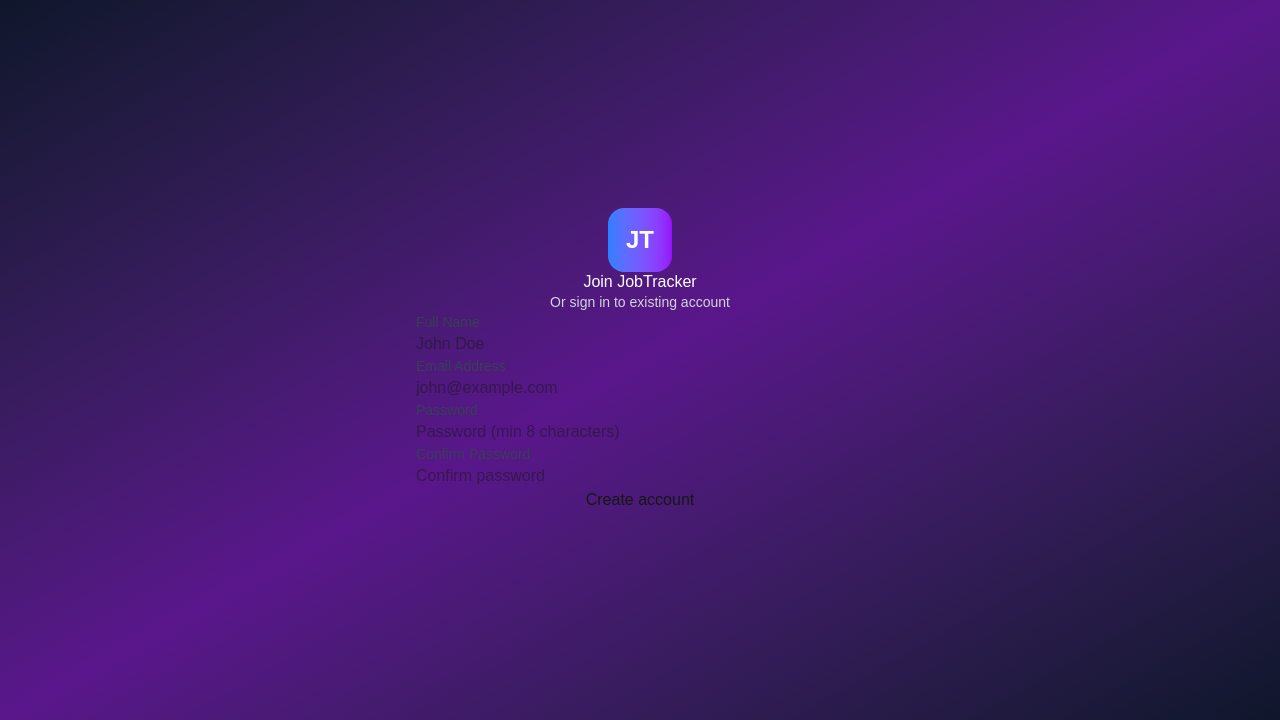
Repository: DiwanMalla/job-tracker
Page: /auth/signup
An editor plug-in stored every save of this project. The page is shown before and after the next save, followed by the edit.
The browser window is 1280 px wide. The pictures show the whole page.
The project was rebuilt for these pictures with package versions that can differ from the ones it lists, and the page was loaded fresh each time. The framework's server and built-in components were replaced by stand-ins that run in the browser. Also part of the build but not shown: next.config.ts.

Above is the page before, as saved 2025-10-07 14:30:29.

After the next save:
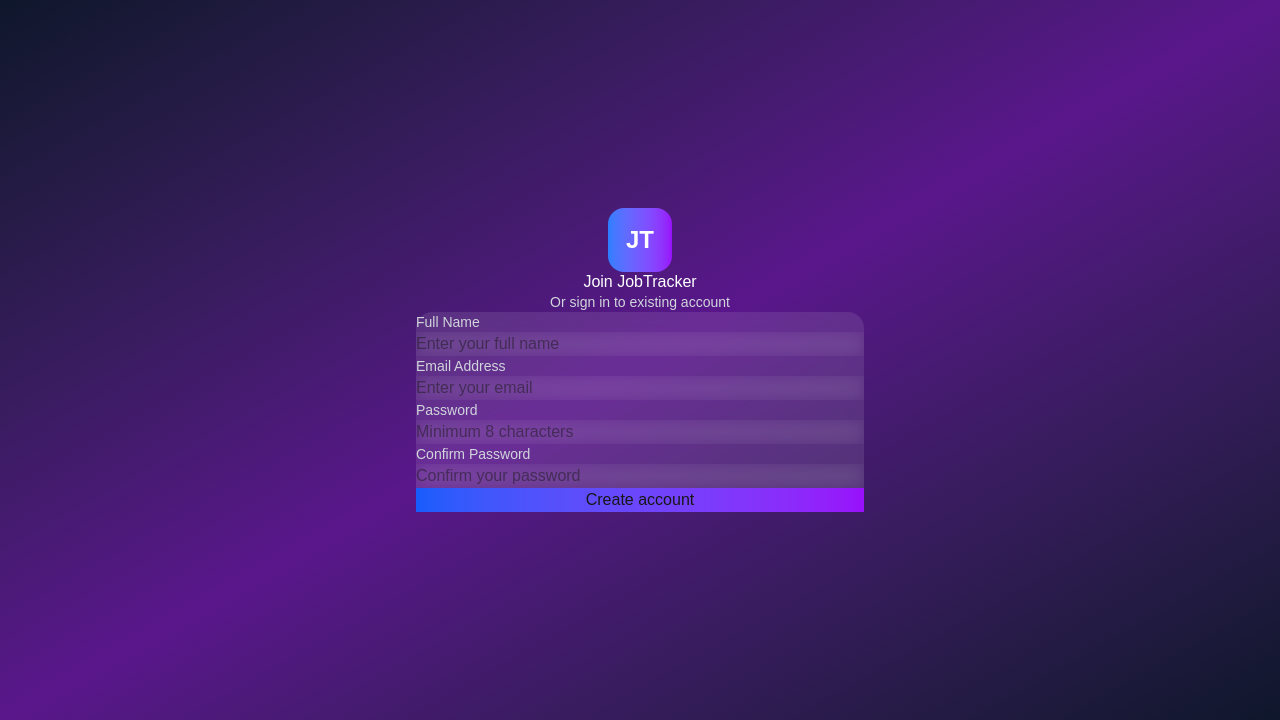
Saved 24 s later.
--- a/src/app/auth/signup/page.tsx
+++ b/src/app/auth/signup/page.tsx
@@ -84,10 +84,10 @@
             </Link>
           </p>
         </div>
-        <form className="mt-8 space-y-6" onSubmit={handleSubmit}>
+        <form className="mt-8 space-y-6 bg-white/10 backdrop-blur-sm rounded-2xl p-8 border border-white/20" onSubmit={handleSubmit}>
           <div className="space-y-4">
             <div>
-              <label htmlFor="name" className="block text-sm font-medium text-gray-700">
+              <label htmlFor="name" className="block text-sm font-medium text-gray-300 mb-2">
                 Full Name
               </label>
               <input
@@ -95,12 +95,12 @@
                 name="name"
                 type="text"
                 required
-                className="mt-1 appearance-none relative block w-full px-3 py-2 border border-gray-300 placeholder-gray-500 text-gray-900 rounded-md focus:outline-none focus:ring-indigo-500 focus:border-indigo-500 focus:z-10 sm:text-sm"
-                placeholder="John Doe"
+                className="appearance-none relative block w-full px-4 py-3 bg-white/5 border border-white/20 placeholder-gray-400 text-white rounded-lg focus:outline-none focus:ring-2 focus:ring-blue-500 focus:border-transparent sm:text-sm backdrop-blur-sm"
+                placeholder="Enter your full name"
               />
             </div>
             <div>
-              <label htmlFor="email" className="block text-sm font-medium text-gray-700">
+              <label htmlFor="email" className="block text-sm font-medium text-gray-300 mb-2">
                 Email Address
               </label>
               <input
@@ -108,12 +108,12 @@
                 name="email"
                 type="email"
                 required
-                className="mt-1 appearance-none relative block w-full px-3 py-2 border border-gray-300 placeholder-gray-500 text-gray-900 rounded-md focus:outline-none focus:ring-indigo-500 focus:border-indigo-500 focus:z-10 sm:text-sm"
-                placeholder="john@example.com"
+                className="appearance-none relative block w-full px-4 py-3 bg-white/5 border border-white/20 placeholder-gray-400 text-white rounded-lg focus:outline-none focus:ring-2 focus:ring-blue-500 focus:border-transparent sm:text-sm backdrop-blur-sm"
+                placeholder="Enter your email"
               />
             </div>
             <div>
-              <label htmlFor="password" className="block text-sm font-medium text-gray-700">
+              <label htmlFor="password" className="block text-sm font-medium text-gray-300 mb-2">
                 Password
               </label>
               <input
@@ -122,12 +122,12 @@
                 type="password"
                 required
                 minLength={8}
-                className="mt-1 appearance-none relative block w-full px-3 py-2 border border-gray-300 placeholder-gray-500 text-gray-900 rounded-md focus:outline-none focus:ring-indigo-500 focus:border-indigo-500 focus:z-10 sm:text-sm"
-                placeholder="Password (min 8 characters)"
+                className="appearance-none relative block w-full px-4 py-3 bg-white/5 border border-white/20 placeholder-gray-400 text-white rounded-lg focus:outline-none focus:ring-2 focus:ring-blue-500 focus:border-transparent sm:text-sm backdrop-blur-sm"
+                placeholder="Minimum 8 characters"
               />
             </div>
             <div>
-              <label htmlFor="confirmPassword" className="block text-sm font-medium text-gray-700">
+              <label htmlFor="confirmPassword" className="block text-sm font-medium text-gray-300 mb-2">
                 Confirm Password
               </label>
               <input
@@ -136,23 +136,35 @@
                 type="password"
                 required
                 minLength={8}
-                className="mt-1 appearance-none relative block w-full px-3 py-2 border border-gray-300 placeholder-gray-500 text-gray-900 rounded-md focus:outline-none focus:ring-indigo-500 focus:border-indigo-500 focus:z-10 sm:text-sm"
-                placeholder="Confirm password"
+                className="appearance-none relative block w-full px-4 py-3 bg-white/5 border border-white/20 placeholder-gray-400 text-white rounded-lg focus:outline-none focus:ring-2 focus:ring-blue-500 focus:border-transparent sm:text-sm backdrop-blur-sm"
+                placeholder="Confirm your password"
               />
             </div>
           </div>
 
           {error && (
-            <div className="text-red-600 text-sm text-center">{error}</div>
+            <div className="bg-red-500/20 border border-red-500/50 text-red-200 px-4 py-3 rounded-lg text-sm text-center">
+              {error}
+            </div>
           )}
 
           <div>
             <button
               type="submit"
               disabled={isLoading}
-              className="group relative w-full flex justify-center py-2 px-4 border border-transparent text-sm font-medium rounded-md text-white bg-indigo-600 hover:bg-indigo-700 focus:outline-none focus:ring-2 focus:ring-offset-2 focus:ring-indigo-500 disabled:opacity-50 disabled:cursor-not-allowed"
+              className="group relative w-full flex justify-center py-3 px-4 border border-transparent text-sm font-medium rounded-lg text-white bg-gradient-to-r from-blue-600 to-purple-600 hover:from-blue-700 hover:to-purple-700 focus:outline-none focus:ring-2 focus:ring-offset-2 focus:ring-blue-500 disabled:opacity-50 disabled:cursor-not-allowed transform hover:scale-105 transition-all duration-200"
             >
-              {isLoading ? 'Creating account...' : 'Create account'}
+              {isLoading ? (
+                <>
+                  <svg className="animate-spin -ml-1 mr-3 h-5 w-5 text-white" xmlns="http://www.w3.org/2000/svg" fill="none" viewBox="0 0 24 24">
+                    <circle className="opacity-25" cx="12" cy="12" r="10" stroke="currentColor" strokeWidth="4"></circle>
+                    <path className="opacity-75" fill="currentColor" d="M4 12a8 8 0 018-8V0C5.373 0 0 5.373 0 12h4zm2 5.291A7.962 7.962 0 014 12H0c0 3.042 1.135 5.824 3 7.938l3-2.647z"></path>
+                  </svg>
+                  Creating account...
+                </>
+              ) : (
+                'Create account'
+              )}
             </button>
           </div>
         </form>
